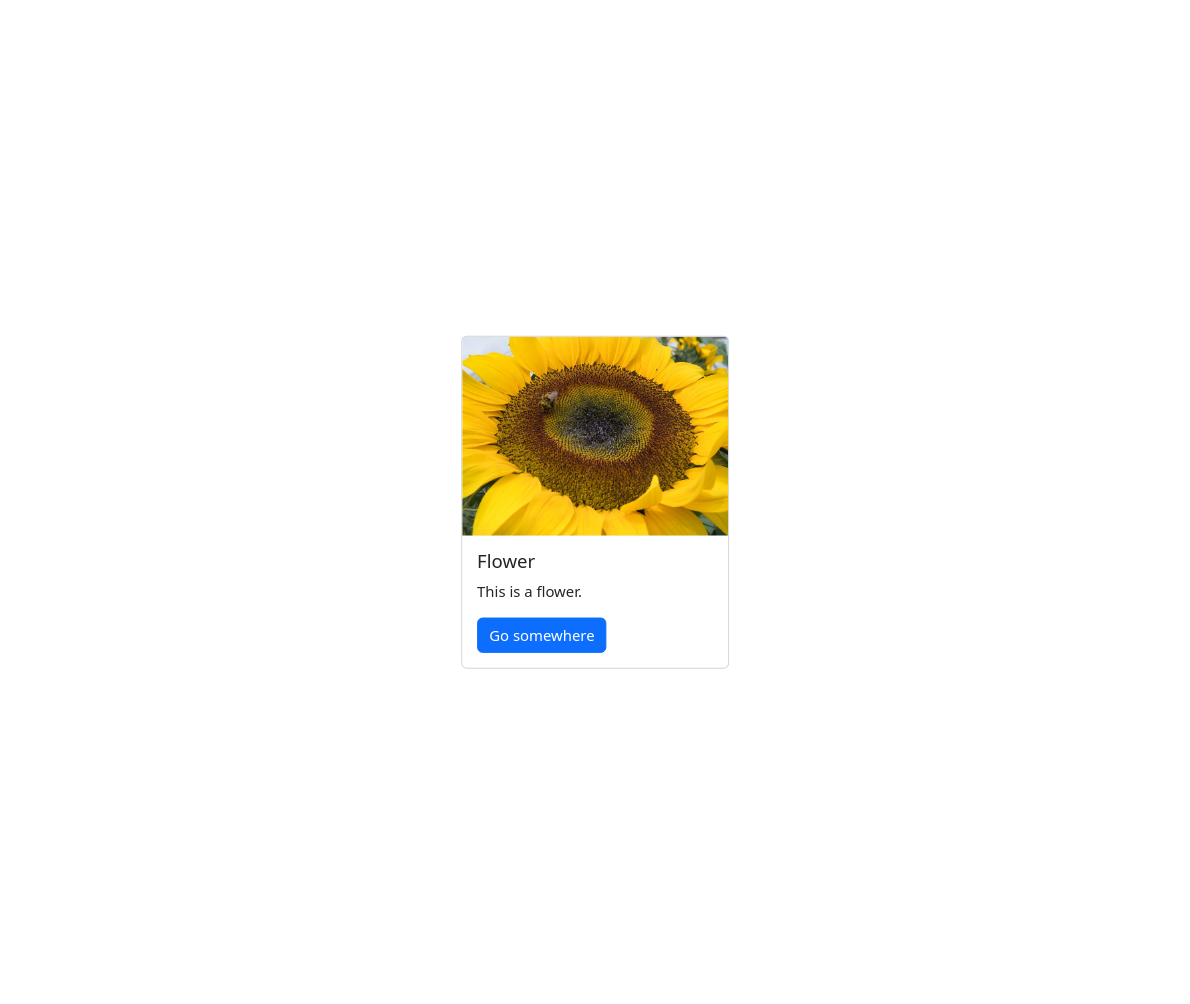
Repository: Stamkopoulos/The-Complete-2023-Web-Development-Bootcamp
Page: CSS and Bootstrap/11.0+Bootstrap+Intro/11.0 Bootstrap Intro/index.html
An editor plug-in stored every save of this project. The page is shown before and after the next save, followed by the edit.
The browser window is 1280 px wide. The pictures show the whole page, at 93% of full size.

Above is the page before, as saved 2024-02-29 19:31:14.

After the next save:
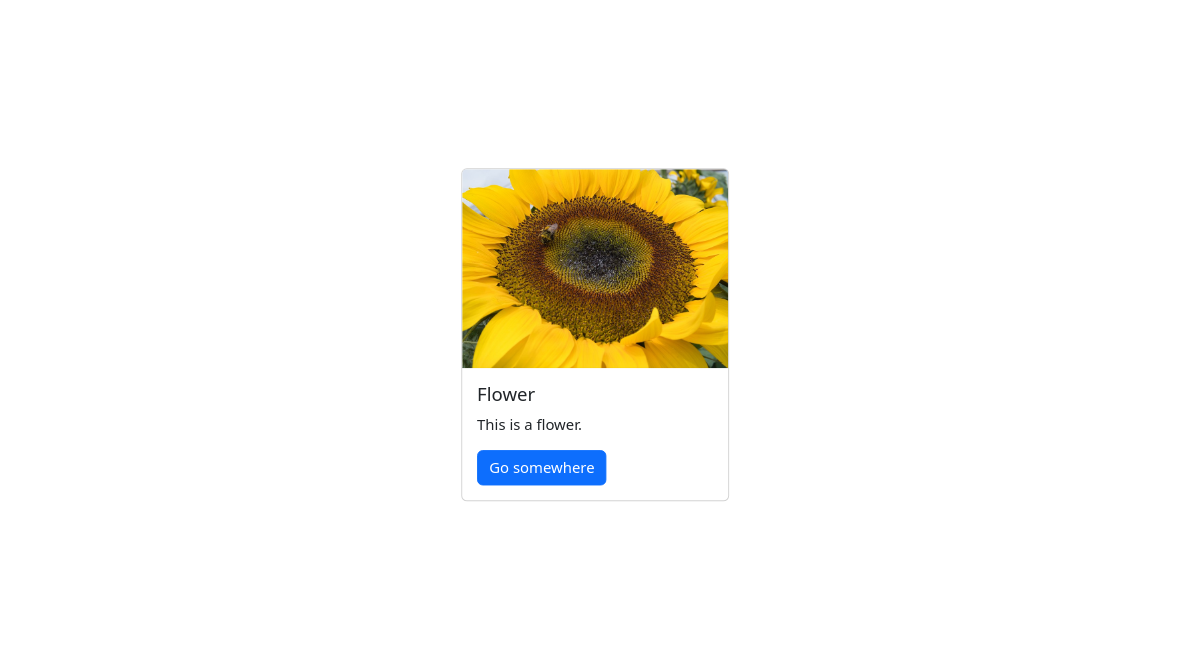
Saved 5 s later.
--- a/CSS and Bootstrap/11.0+Bootstrap+Intro/11.0 Bootstrap Intro/index.html
+++ b/CSS and Bootstrap/11.0+Bootstrap+Intro/11.0 Bootstrap Intro/index.html
@@ -18,7 +18,7 @@
         display: flex;
         justify-content: center;
         align-items: center;
-        height: 150vh;
+        height: 100vh;
       }
     </style>
   </head>
